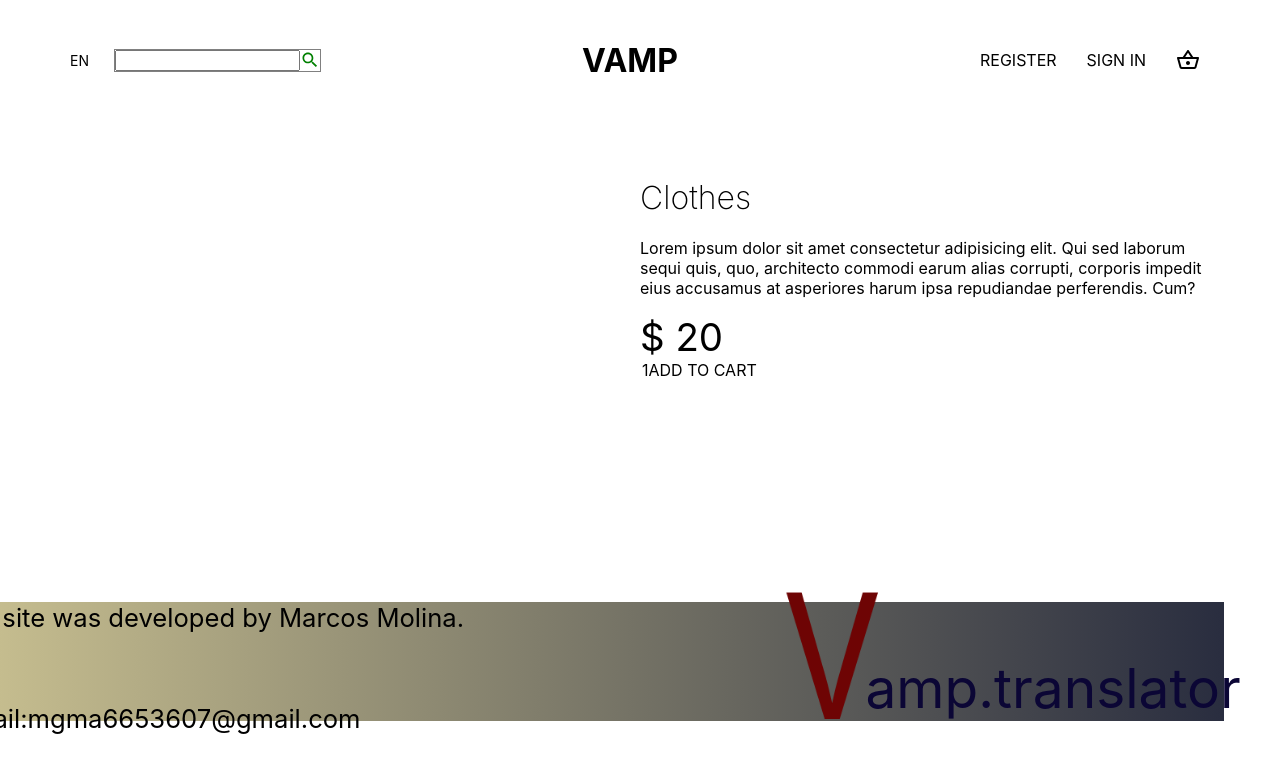
Repository: mgma2005/ecoeli
Page: /
An editor plug-in stored every save of this project. The page is shown before and after the next save, followed by the edit.
The browser window is 1280 px wide. The pictures show the part of the page from y = 173 to 950 px (the page is 950 px tall before and 926 px after).
The project was rebuilt for these pictures with package versions that can differ from the ones it lists, and the page was loaded fresh each time. Also part of the build but not shown: src/App.css.

Above is the page before, as saved 2022-05-14 17:34:23.

After the next save:
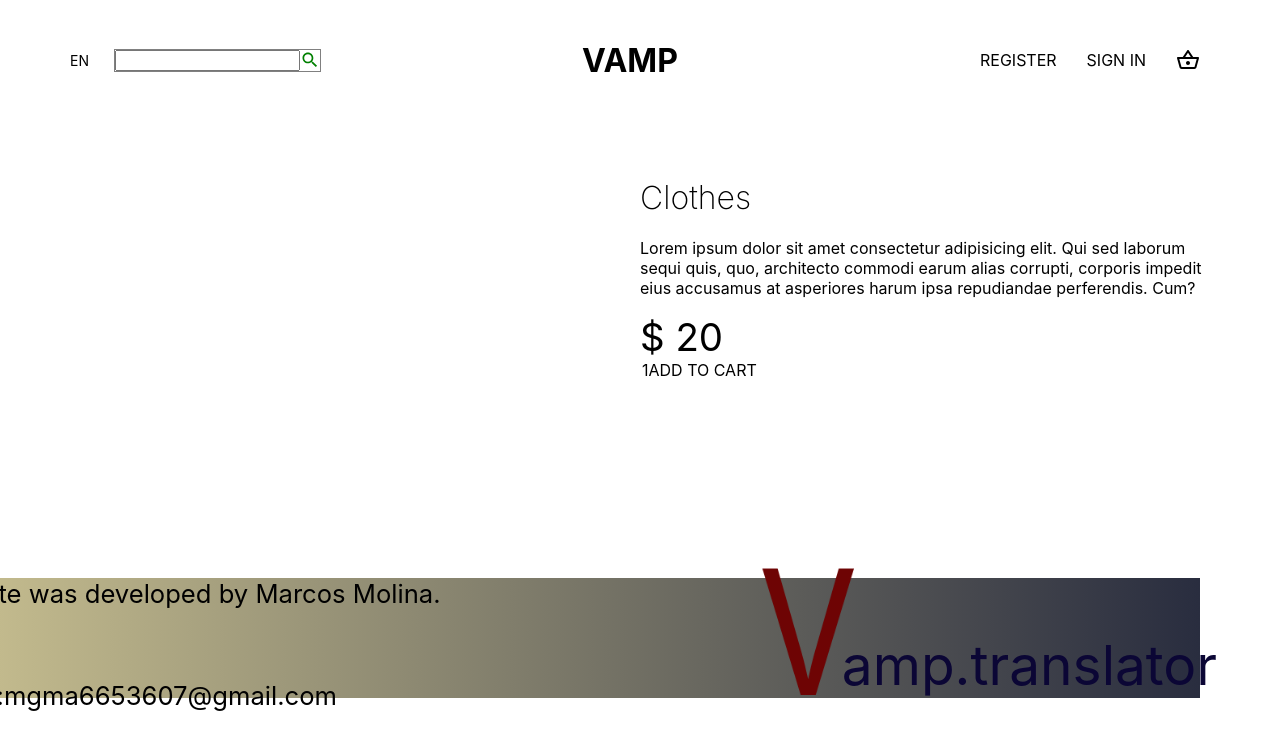
Saved 8 s later.
--- a/src/style.css
+++ b/src/style.css
@@ -1,5 +1,5 @@
 .cont2{
-    margin: -9%;
+    margin: -11%;
     width: 100vw;
     height: auto;
     background: linear-gradient(to right, rgb(204, 195, 146),rgb(41, 45, 63));
